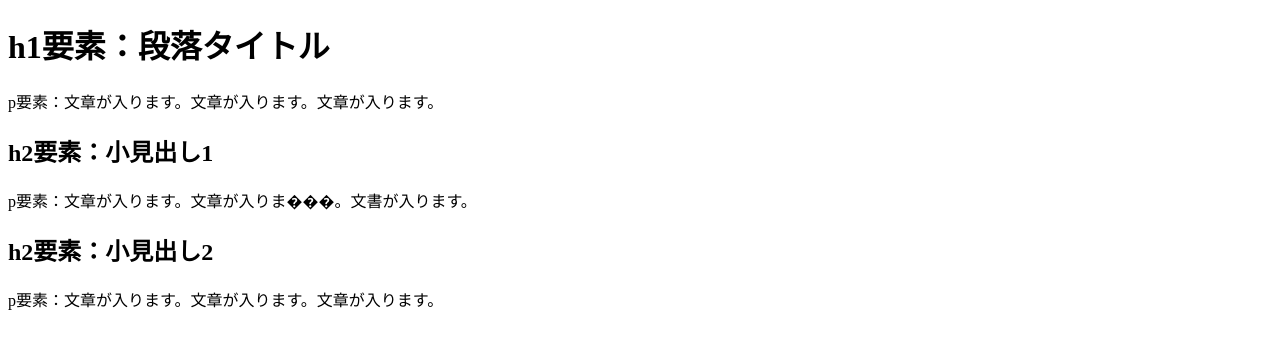
Repository: nagashimayosyun/samurai_HTML-CSS
Page: index.html
The author's editor kept a record of every edit. The page is drawn from the files as they stood at one moment, then again after the next edit.
The browser window is 1280 px wide. The pictures show the whole page.

Above is the page before.

### index.html
<!DOCTYPE html>
<html lang="ja">
<head>
    <meta charset="UTF-8">
    <title>HTML/SCCの学習</title>
</head>
<body>
    <h1 class="blue">h1要素：段落タイトル</h1>
    <p>p要素：文章が入ります。文章が入ります。文章が入ります。</p>
    <h2 class="blue">h2要素：小見出し1</h2>
    <P class="fs-25">
        p要素：文章が入ります。文章が入りま���。文書が入ります。
    </P>
    <h2 id="red">h2要素：小見出し2</h2>
    <p class="fw-bold;">
        p要素：文章が入ります。文章が入ります。文章が入ります。
    </p>
</body>
</html>

### stylesheet.css
@charset "utf-8";

body {
    margin: 0;
    padding: 0;
    font-family: "ヒラギノ角ゴ pro w3", "Hiragino Kaku Gothic Pro", "メイリオ", Meiryo, Osaka, "MS Pゴシック", "MS PGothic", sans-serif;
    color: #333;
    font-size: 13px;
    line-height: 150%;
}

/* ------------------- wrapper ------------------- */
#wrapper {
    width: 100%;
    margin: auto;
    padding: 0px;
    border: 0px;
    background-color: #FFF;
    top: 10px;
}

/* ---------- header --------- */
#header {
    width: 100%;
}
#header h1 {
    margin: 0;
    padding: 0;
}

#corridor {
    width: 100%;
    height: auto;
}

/* --------- footer --------- */
#footer {
    clear: both;
    width: 100%;
    padding: 3px 0 3px 0;
    background: #39F;
    color: #FFF;
    font-weight: bold;
    text-align: center;
}

/* ---------- nav ----------*/
#nav {
      width: 100%;
}
#nav ul {
    margin: 0;
    padding: 0;
    list-style-type: none;
}
#nav ul li {
    float: left;
    width: 20%;
    text-align: center;
}
#nav ul li a {
    display: block;
    height: 20px;
    margin: 0;
    padding: 10px;
    color: #FFF;
    font-size: 20px;
    text-decoration: none;
    background-color: green;
}

#nav ul li a:hover {
    filter: drop-shadow(10px 10px 10px black);
}

/*---------- container ----------*/
#container {
    width: 100%;
    margin: auto;
    padding: auto;
    padding-top: 20px;
    clear: both;
}

/*---------- main ----------*/
#main {
    float: left;
    width: 60%;
    padding: 10px 30px 10px 10px;
}
#main h2 {
    margin: 0 0 10px 0;
    padding: 3px 10px 3px 10px;
    color: #FFF;
    font-size: 16px;
    border-left: solid 10px #C00;
    background: #F90 url(../images/main_h2.jpg) right top repeat-y;
}
#main p {
    margin: 0;
    padding: 0;
}
#main .post {
    margin: 0 0 30px 0;
}

#main .post img.right {
    margin: 0 0 0 8px;
}
#main .post img.left {
    margin: 0 8px 0 0 ;
}

.right {
    float: right;
    width: 40%;
    height: auto;
}
.left {
    float: left;
    width: 40%;
    height: auto;
}

/*---------- clearfix ----------*/
.clearfix{
    zoom: 1;
}
.clearfix:after{
    content: "";
    display: block;
    clear: both;
}
/* ---------- side ---------- */
#side {
    float: right;
    width: 30%;
    padding: 20px;
    background-color: #F99;
}
#side .box {
    margin: 0 auto 30px auto;
    padding: 0 0 20px 0;
    background: url(images/side_box.png) bottom no-repeat;
}
#side .box h2 {
    margin: 0;
    padding: 8px;
    text-align: center;
    color: #fff;
    font-size: 10px;
    line-height: 16px;
    font-weight: normal;
    background: url(images/side_box_h2.png) center no-repeat;
}
#side .box .boxBody {
    padding: 8px;
    border-right: solid 1px #C36;
    border-bottom: solid 1px #c36;
    border-left: solid 1px #c36;
    background: #fff;
}
#side .box .boxBody ul li {
    padding: 8px 0 8px 4px;
    list-style: none;
    border-bottom: solid 1px #c36;
}

#side .box .boxBody ul li:hover {
    padding: 8px 0 8px 4px;
    list-style: none;
    border-bottom: solid 1px #c36;
    box-shadow: 0px 4px 4px rgba(0, 0, 0, 0.3);
}

After the next edit:
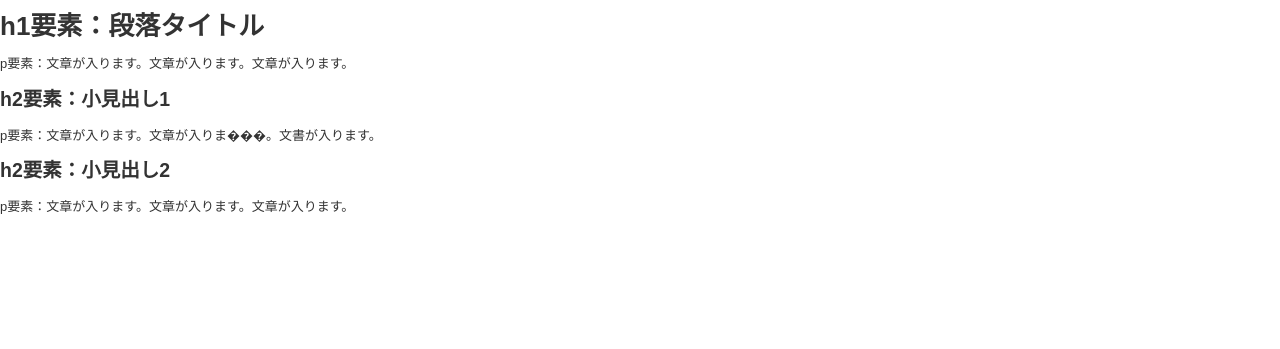
The edit:
--- a/index.html
+++ b/index.html
@@ -3,6 +3,7 @@
 <head>
     <meta charset="UTF-8">
     <title>HTML/SCCの学習</title>
+    <link rel="stylesheet" href="stylesheet.css"
 </head>
 <body>
     <h1 class="blue">h1要素：段落タイトル</h1>
